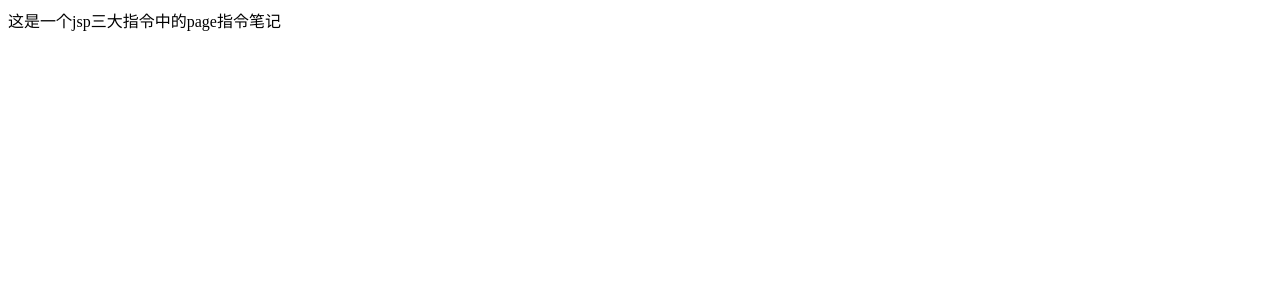
Repository: suifeng412/CodeLib
Page: http://localhost/web/PageJsp.jsp
These files come from the project's save history. The page is drawn as it stood at one moment and after a run of saves; the edit follows.
The browser window is 1280 px wide. The pictures show the whole page.
The page is served by Tomcat 9.

Above is the page before, as saved 2018-08-21 16:06:45.

After the next 2 saves:
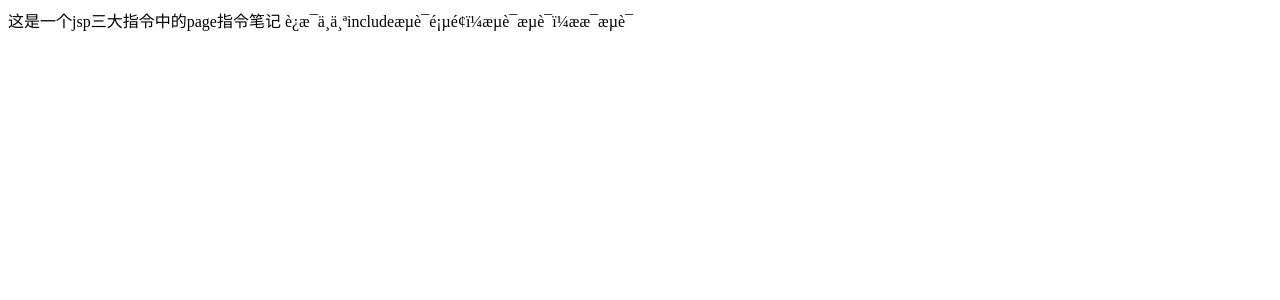
The 2 saves are shown as one change because they came seconds apart.
The last was saved 34 s later.
--- a/javaee/01base/web/WebContent/PageJsp.jsp
+++ b/javaee/01base/web/WebContent/PageJsp.jsp
@@ -28,6 +28,14 @@ include指令：包含一个静态文件，例如html文件
 <%@ include file = "被包含的文件路径" %>
 include指令只有一个file属性
 --%>
+<%@ include file = "./includeTest.html" %>
+
+
+
+
+
+
+
 
 </body>
 </html>
